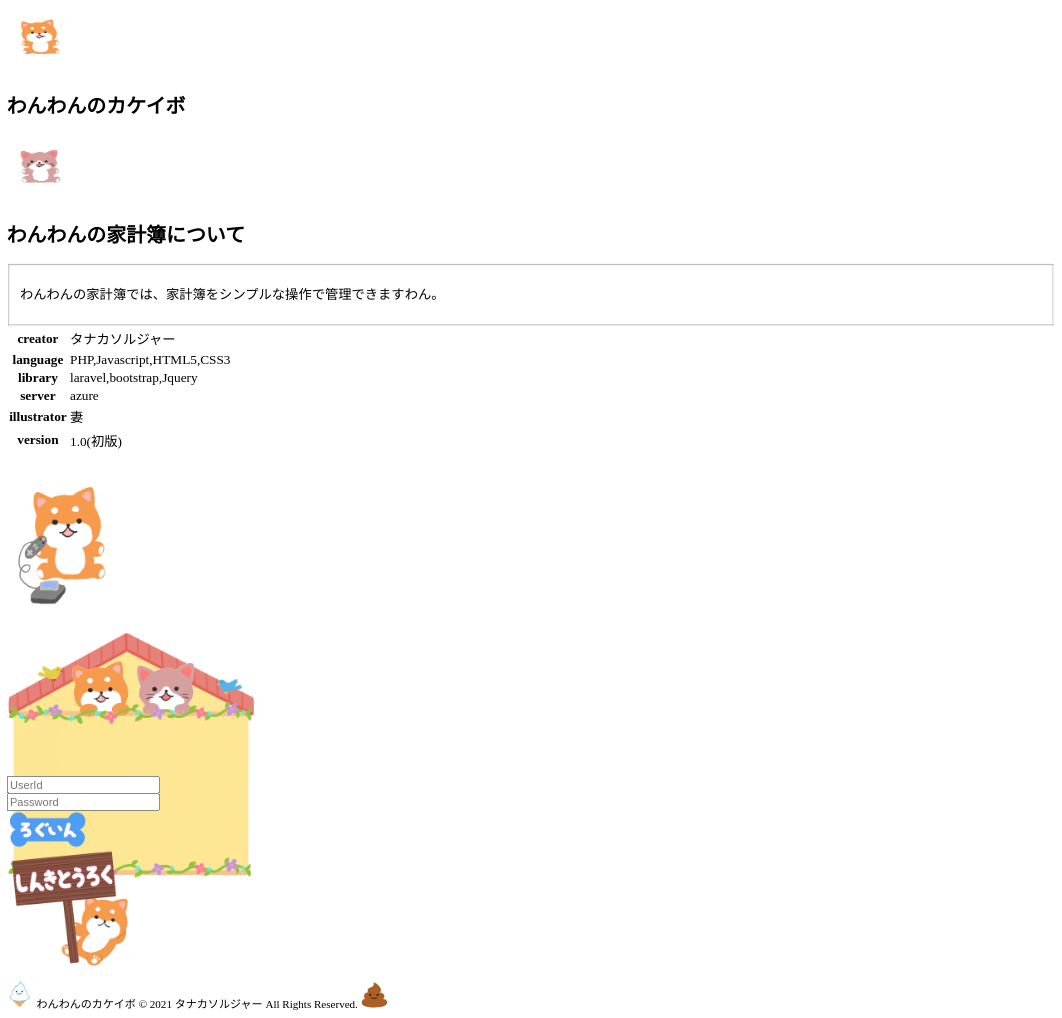
Repository: tatsuya-tanaka27/wanwannokakeibo
Page: http://localhost/wanwannokakeibo/login
The author's editor kept a copy of each file at every save. The page is drawn from the files as they stood at one save, then again after a run of saves.
The browser window is 1280 px wide. The pictures show the whole page, at 83% of full size.
Some web fonts or font styles are not loaded; a fallback is used. The page is served by the project's Laravel application, run on PHP 8.4 with Laravel 8.

Above is the page before, as saved 2021-03-06 13:14:51.
Console error: ReferenceError: $ is not defined

After the next 3 saves:
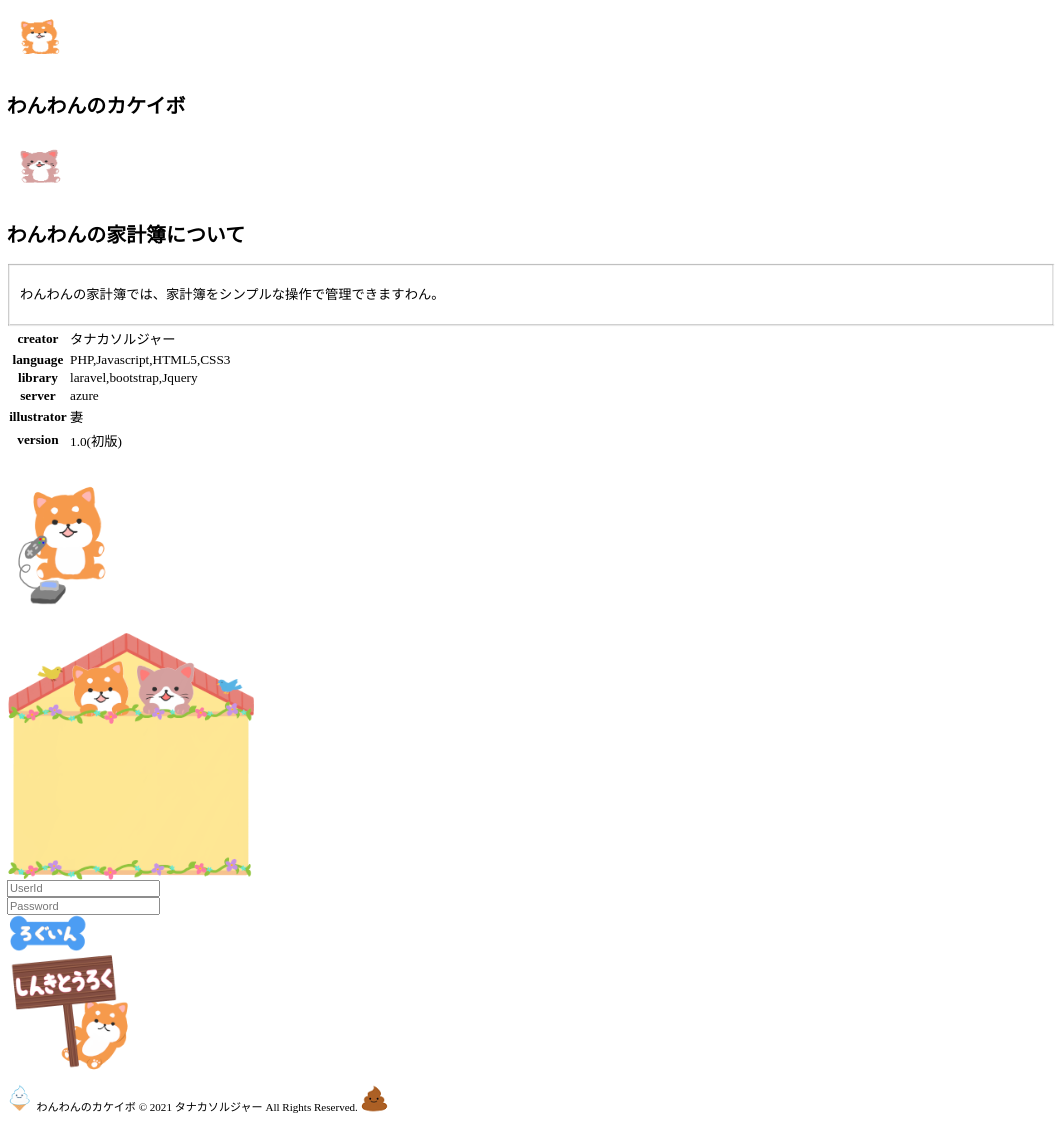
The 3 saves are shown as one change because they came seconds apart.
The last was saved 8 s later.
--- a/laravelapp/resources/views/layouts/base2.blade.php
+++ b/laravelapp/resources/views/layouts/base2.blade.php
@@ -6,7 +6,7 @@
 		<link rel="shortcut icon" href="{{ asset('/favicon.ico') }}" type="image/vnd.microsoft.icon" />
         <link href="../../css/app.css') }}" rel="stylesheet">
 		<link href="../../css/style.css') }}" rel="stylesheet" />
-		<link href="{{ asset('css/kakeibo.css') }}" rel="stylesheet" />
+		<link href="../../css/kakeibo.css') }}" rel="stylesheet" />
         <script src="{{ asset('js/app.js') }}"></script>
         <title>@yield('title')</title>
     </head>
